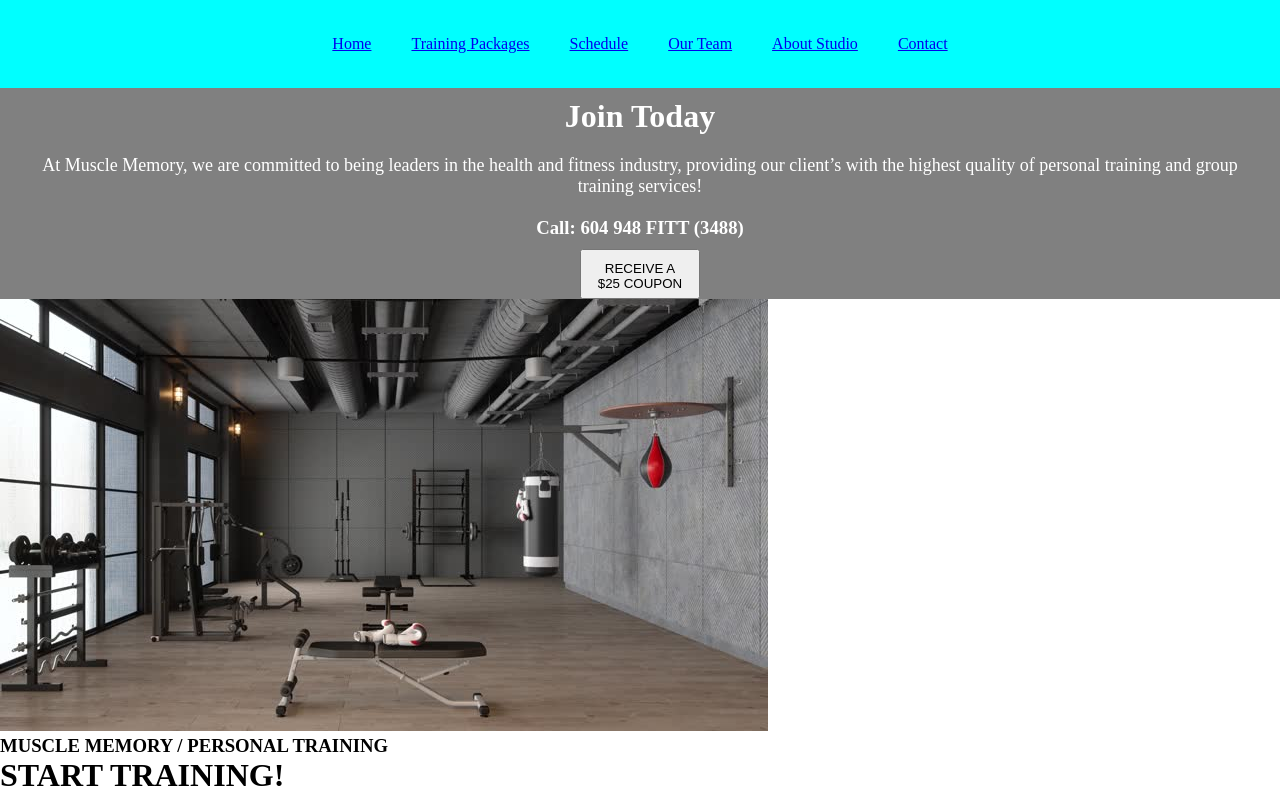
Repository: MujtabaHabib/muscle-memory-website
Page: index.html
These files come from the project's save history. The page is drawn as it stood at one moment and after a run of saves; the edit follows.
The browser window is 1280 px wide. The pictures show the whole page.

Above is the page before, as saved 2026-01-27 02:39:41.

After the next 3 saves:
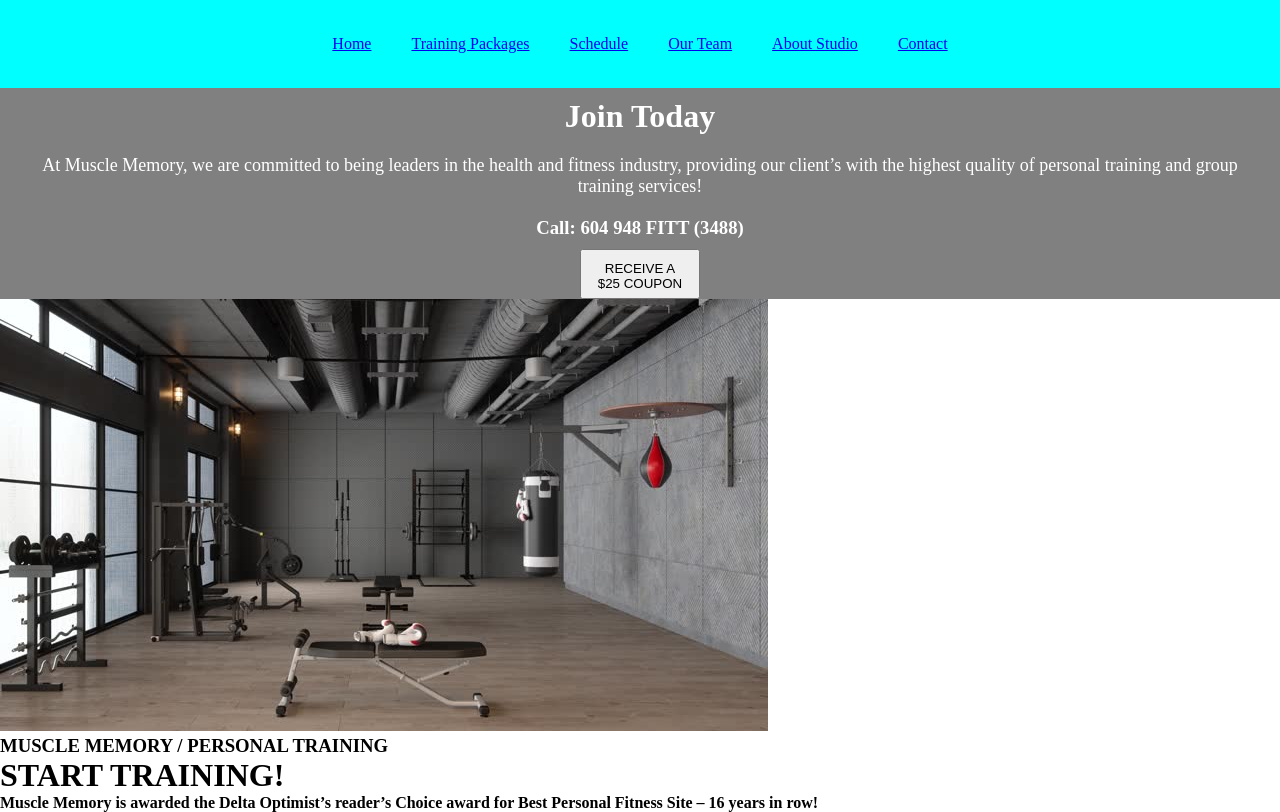
The 3 saves are shown as one change because they came seconds apart.
The last was saved 77 s later.
--- a/index.html
+++ b/index.html
@@ -36,6 +36,9 @@
             <div>
                 <h3>MUSCLE MEMORY / PERSONAL TRAINING</h3>
                 <h1>START TRAINING!</h1>
+                <h4>Muscle Memory is awarded the Delta Optimist’s
+reader’s Choice award for Best Personal
+Fitness Site – 16 years in row!</h4>
             </div>
         </div>
     </div>
